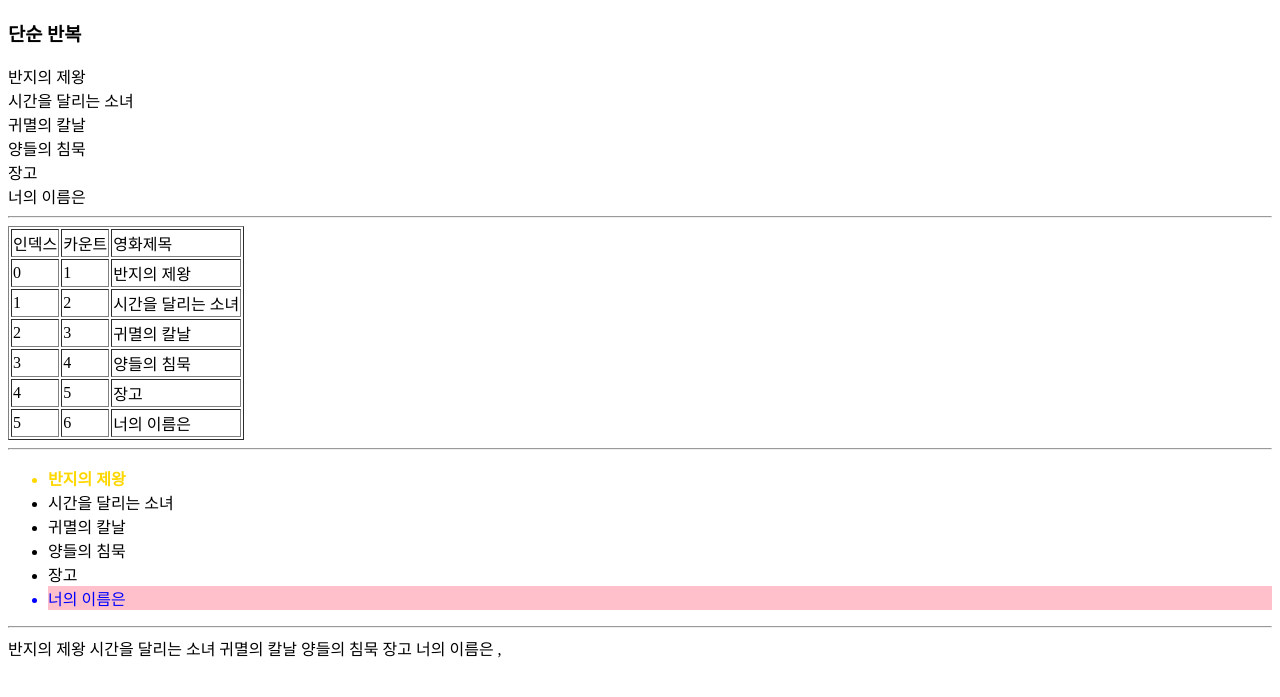
Repository: YooMyeongSeon/JSP_Servlet_Study
Page: http://localhost/web07/Ex_12.jsp
The author's editor kept a copy of each file at every save. The page is drawn from the files as they stood at one save, then again after the next save.
The browser window is 1280 px wide. The pictures show the whole page.
The page is served by Tomcat 9.

Above is the page before, as saved 2022-06-10 05:58:18.

After the next save:
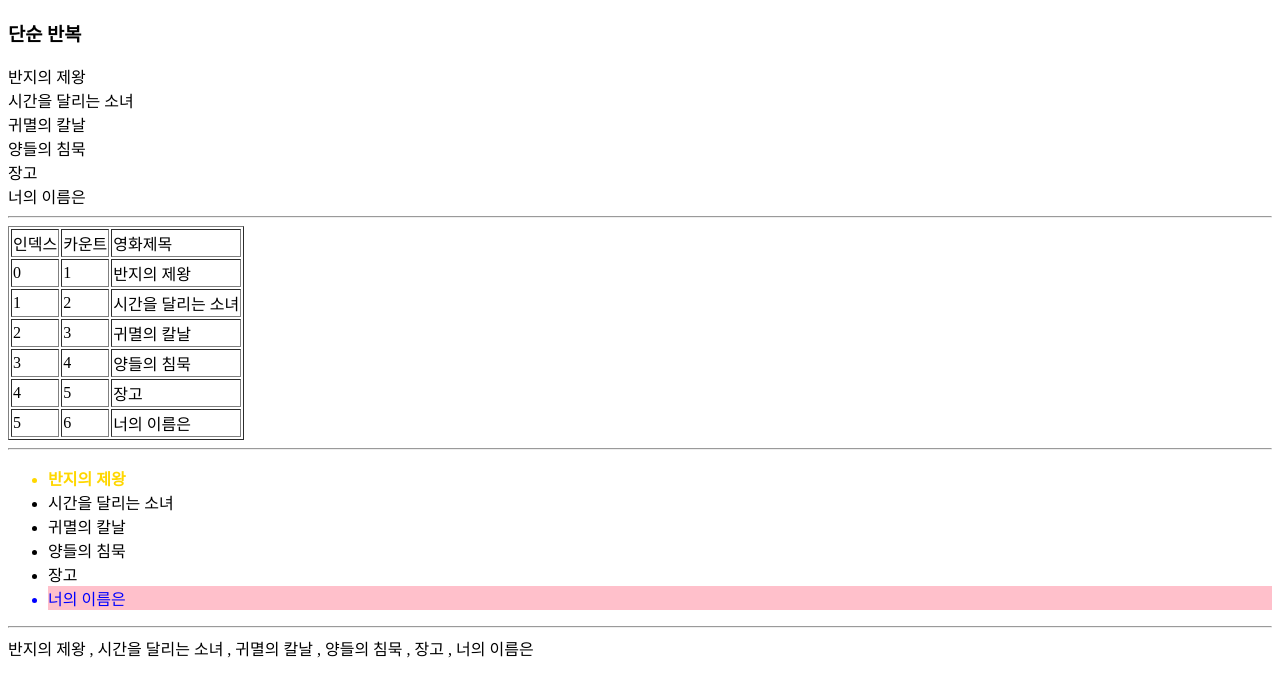
Saved 7 s later.
--- a/web07/WebContent/Ex_12.jsp
+++ b/web07/WebContent/Ex_12.jsp
@@ -49,7 +49,7 @@
 	</ul>
 	<hr>
 	<c:forEach items="${mList}" var="mTiile" varStatus="vs">
-		${mTiile} <c:if test="${vs.last}">,</c:if>
+		${mTiile} <c:if test="${not vs.last}">,</c:if>
 	</c:forEach>
 </body>
 </html>
